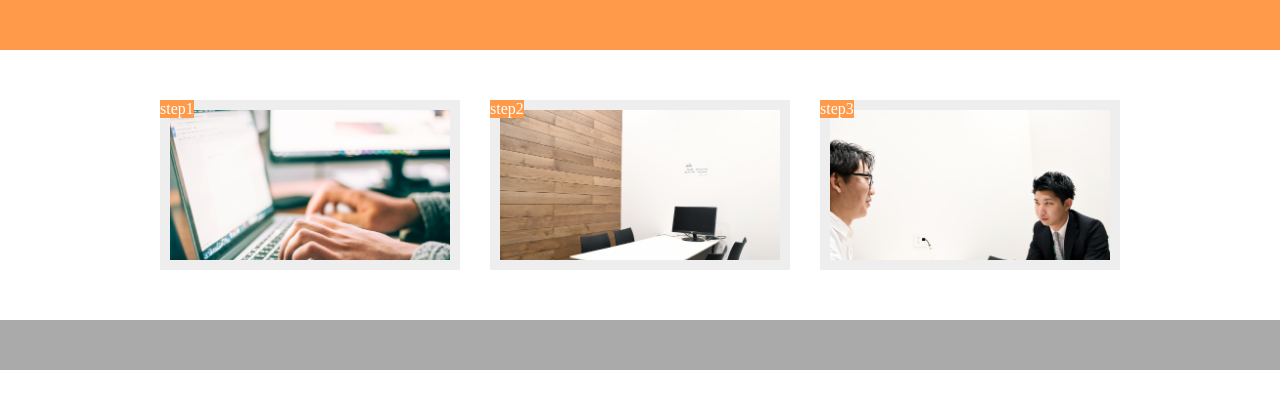
Repository: kiruha313/DWC
Page: exersise9/index.html
The author's editor kept a record of every edit. The page is drawn from the files as they stood at one moment, then again after the next edit.
The browser window is 1280 px wide. The pictures show the whole page.

Above is the page before.

After the next edit:
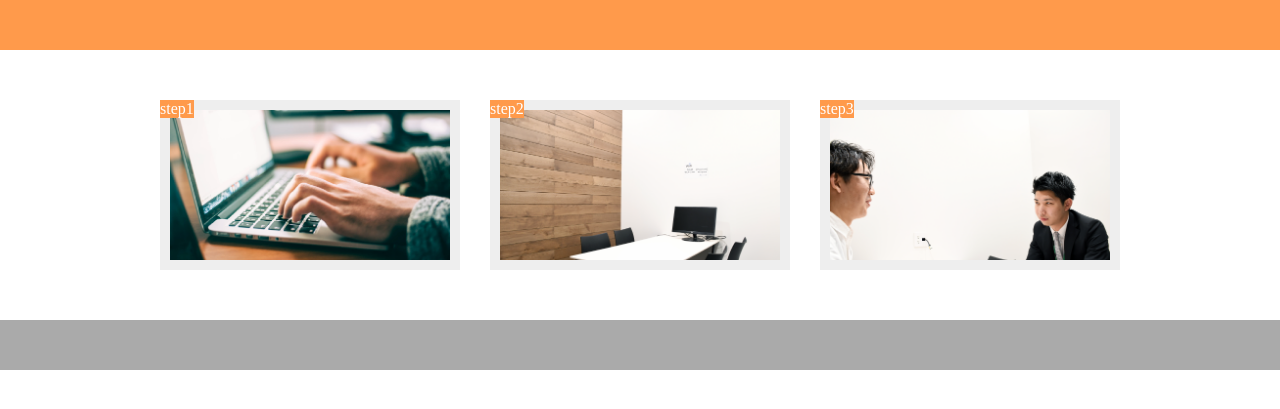
The edit:
--- a/exersise9/style.css
+++ b/exersise9/style.css
@@ -40,6 +40,7 @@
 .step1-img {
   height: 150px;
   background-image: url(img/flow01.png);
+  background-position: bottom;
   background-size: cover;
 
 }
